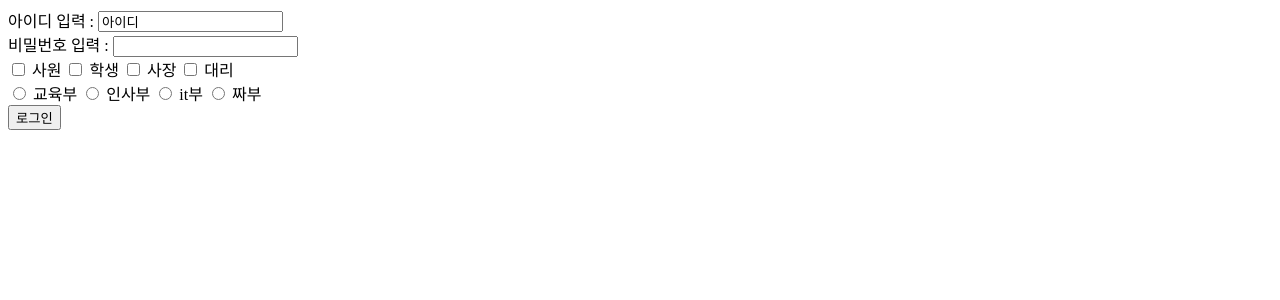
Repository: Pang-Ho/TIL
Page: JavaScript/workspace_web/htmltest/WebContent/formtest.html
An editor plug-in stored every save of this project. The page is shown before and after the next save, followed by the edit.
The browser window is 1280 px wide. The pictures show the whole page.

Above is the page before, as saved 2021-08-19 07:41:31.

After the next save:
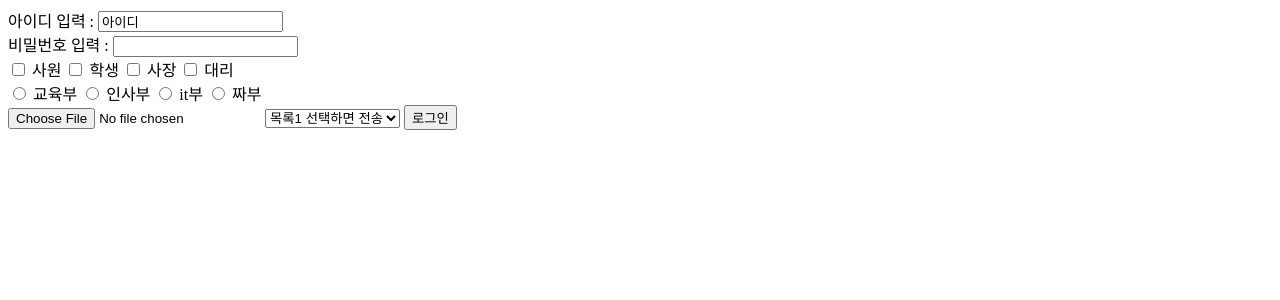
Saved 5 min 8 s later.
--- a/JavaScript/workspace_web/htmltest/WebContent/formtest.html
+++ b/JavaScript/workspace_web/htmltest/WebContent/formtest.html
@@ -21,6 +21,15 @@
 	<input type="radio" name="dept" value="30"> it부
 	<input type="radio" name="dept" value="40"> 짜부
 	<br>
+	<input type="file" name="filename">
+
+	<select>
+	<option>목록1 선택하면 전송</option>
+	<option>목록1</option>
+	<option>목록1</option>
+	<option>목록1</option>
+	<option>목록1</option>
+	</select>
 	<input type="submit" value="로그인">
 </form>
 
